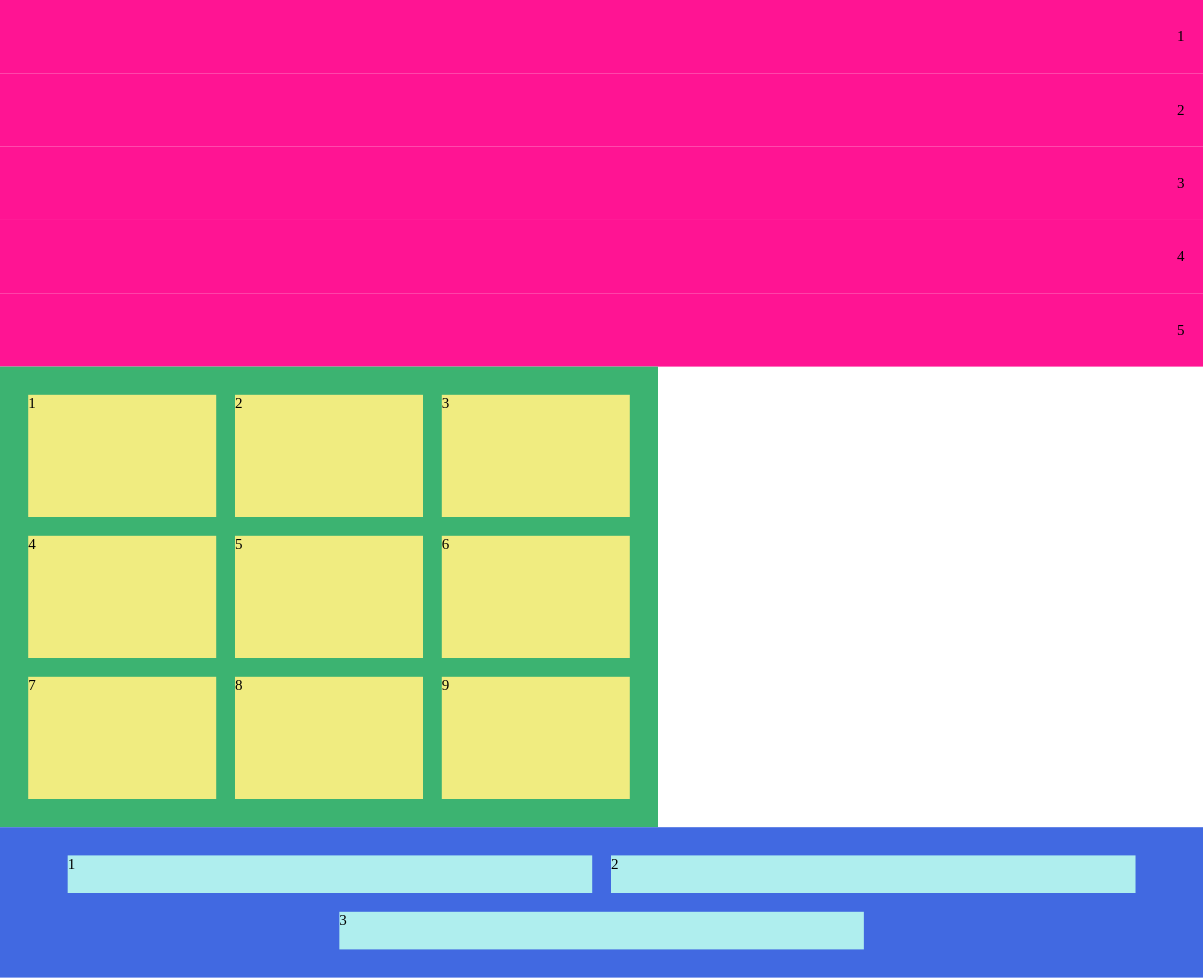
Repository: TsuKou/MainContents
Page: flex1/flex1.html
The author's editor kept a record of every edit. The page is drawn from the files as they stood at one moment, then again after the next edit.
The browser window is 1280 px wide. The pictures show the whole page, at 94% of full size.

Above is the page before.

### flex1/flex1.html
<!DOCTYPE>
<html lang="ja">

  <head>
    <meta charset="UTF-8" />
    <link rel="stylesheet" href="flex1.css" />
    <title>flex_ensyuu</title>
  </head>

  <body>

      <header>
        <div class="h-box-g">
          <div class="h-box">1</div>
          <div class="h-box">2</div>
          <div class="h-box">3</div>
          <div class="h-box">4</div>
          <div class="h-box">5</div>
        </div>
      </header>

      <main>
        <div class="main-L"></div>
        <div class="main-R">
          <div class="box">1</div>
          <div class="box">2</div>
          <div class="box">3</div>
          <div class="box">4</div>
          <div class="box">5</div>
          <div class="box">6</div>
          <div class="box">7</div>
          <div class="box">8</div>
          <div class="box">9</div>
        </div>
      </main>

      <footer>
        <div class="f-box-g">
          <div class="f-box">1</div>
          <div class="f-box">2</div>
          <div class="f-box">3</div>
        </div>
      </footer>

  </body>
</html>

### flex1/flex1.css
* {
  margin: 0;
  padding: 0;
  box-sizing: border-box;
}

.h-box {
  background-color: #ff1493;
  padding: 30px 20px;
  display: flex;
  justify-content: flex-end;
}

.h-box > div {
  background-color: #ffc0cb;
  flex-basis: 140px;
  height: 70px;
  margin: 0 10px;
}


.h-box > :first-child {
  margin-right: auto;
}


.main {
  display: flex;
  justify-content: center;
}

.main-L {
  width: 300px;
  background-color: #98fb98;
}

.main-R {
  max-width: 700px;
  padding: 20px;
  background-color: #3cb371;
  flex-grow: 1;
  display: flex;
  flex-wrap: wrap;
  justify-content: center;
}

.box {
  height: 130px;
  flex-basis: 200px;
  background-color: #f0ec80;
  margin: 10px;
}

footer {
  width: 100%;
  background-color: #4169e1;
}

.f-box-g {
  padding: 20px;
  display: flex;
  flex-wrap: wrap;
  justify-content: center;
}

.f-box-g > div {
  background-color: #afeeee;
  flex-basis: 45%;
}

.f-box {
  max-width: 600px;
  height: 40px;
  margin: 10px;
}

After the next edit:
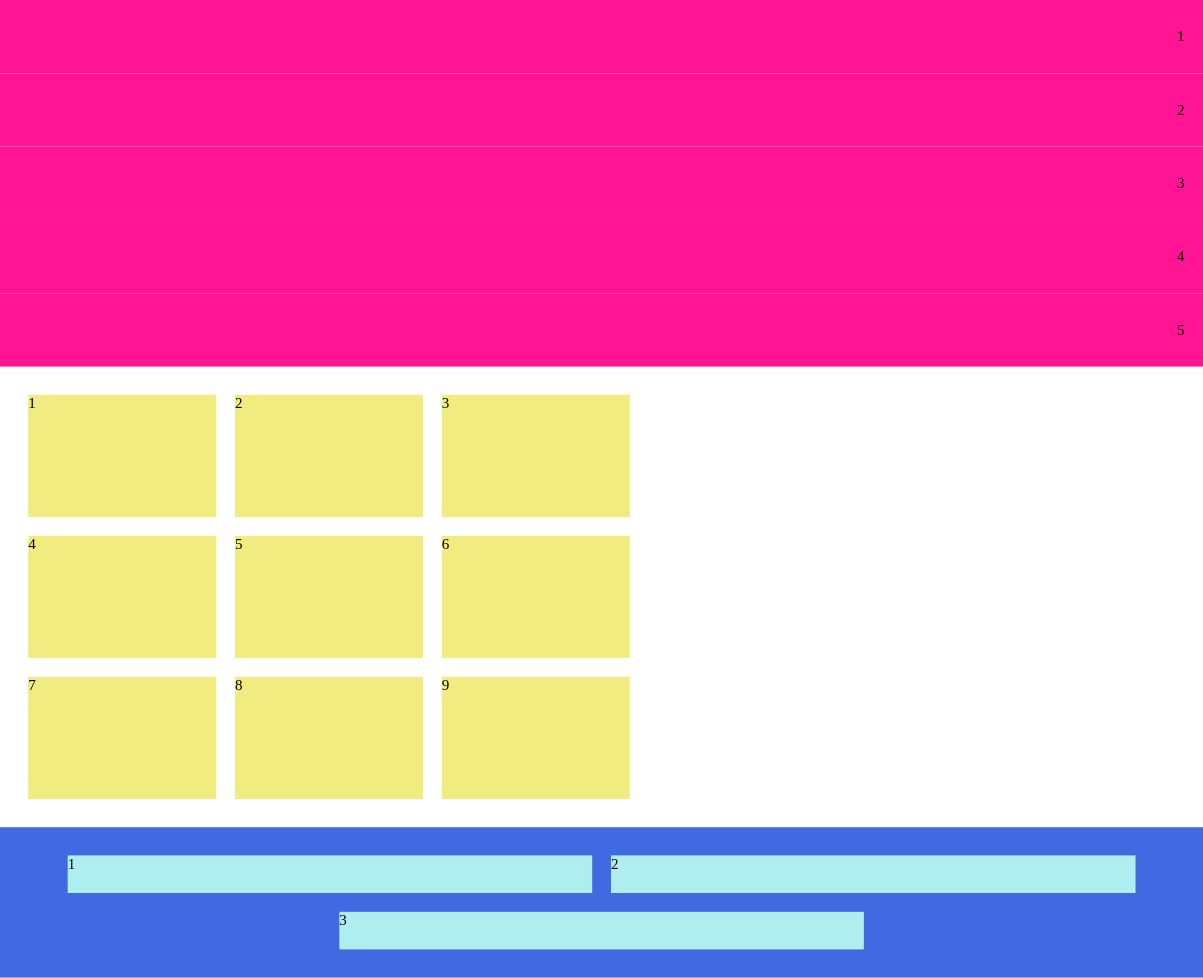
The edit:
--- a/flex1/flex1.css
+++ b/flex1/flex1.css
@@ -37,7 +37,7 @@
 .main-R {
   max-width: 700px;
   padding: 20px;
-  background-color: #3cb371;
+
   flex-grow: 1;
   display: flex;
   flex-wrap: wrap;

After the edit that followed:
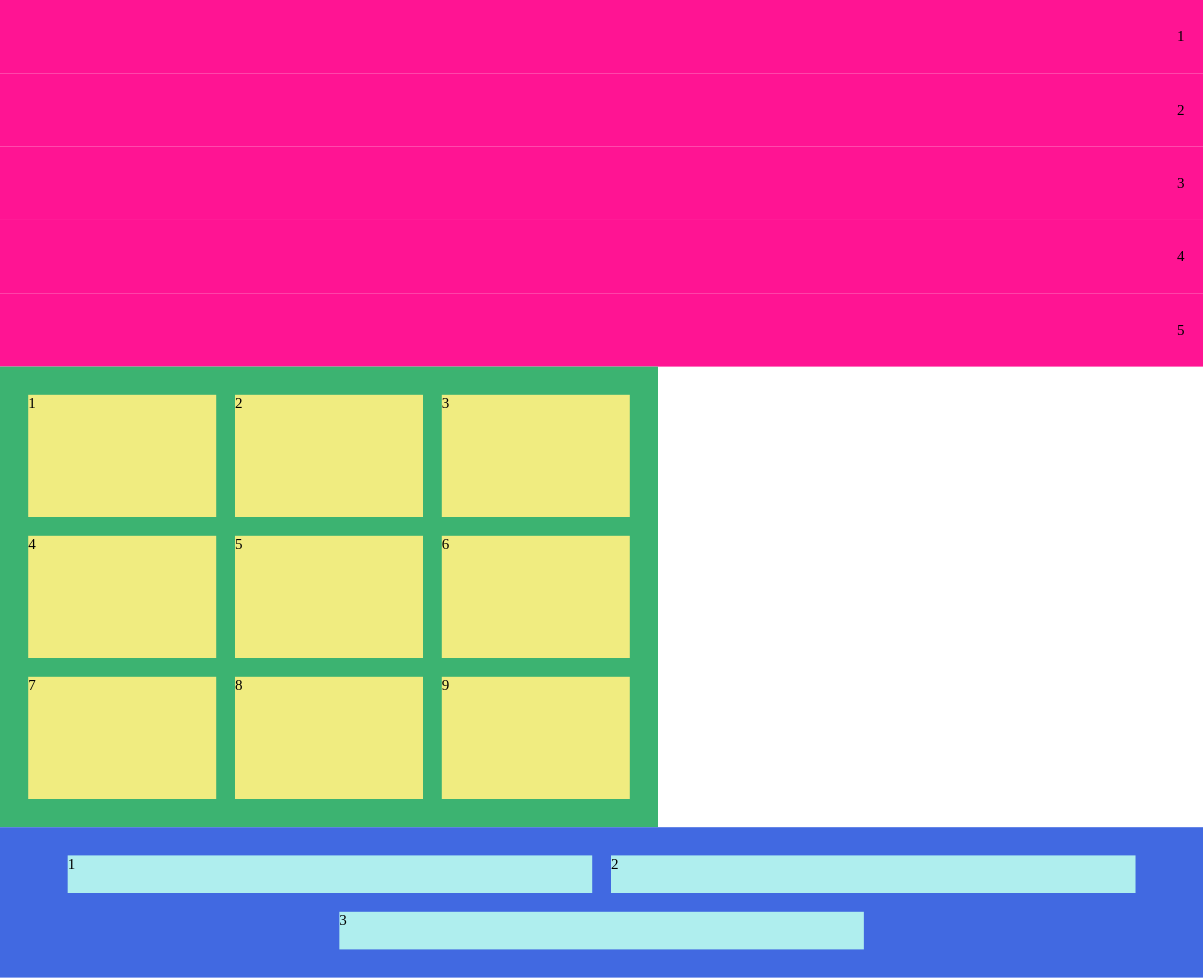
The edit:
--- a/flex1/flex1.css
+++ b/flex1/flex1.css
@@ -35,6 +35,7 @@
 }
 
 .main-R {
+  background-color: #3cb371;
   max-width: 700px;
   padding: 20px;
 
